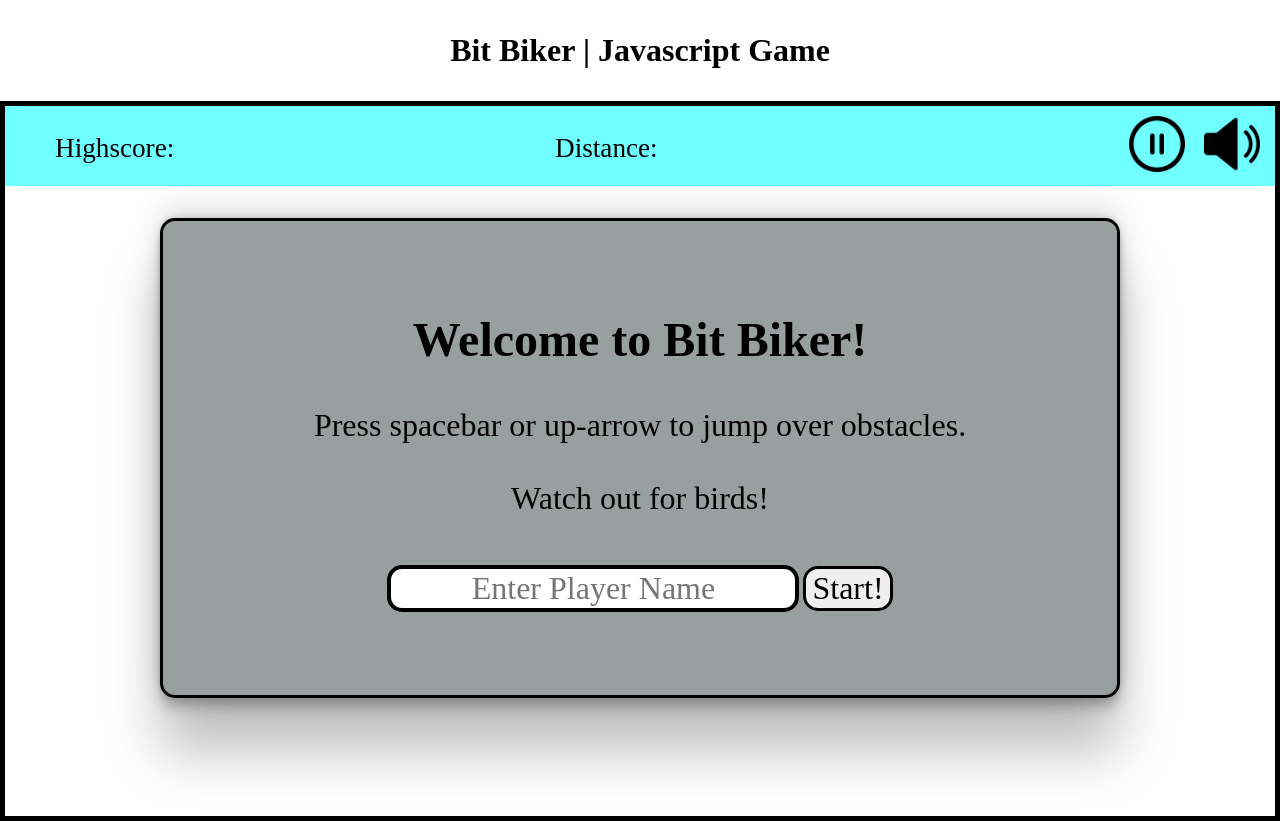
Repository: jellymel0n/bit-biker
Page: index.html
An editor plug-in stored every save of this project. The page is shown before and after the next save, followed by the edit.
The browser window is 1280 px wide. The pictures show the whole page.

Above is the page before, as saved 2021-07-05 14:24:00.

### index.html
<!DOCTYPE html>
<html lang="en">
<head>
    <meta charset="UTF-8">
    <meta http-equiv="X-UA-Compatible" content="IE=edge">
    <meta name="viewport" content="width=device-width, initial-scale=1.0">
    <!-- CSS reset/normalize -->
    <link rel="stylesheet" href="styles/normalize-fwd.css">
    <!-- Local CSS -->
    <link rel="stylesheet" href="styles/styles.css">
    <title>Bit Biker | Javascript Game</title>
</head>
<body>
    <h1>Bit Biker | Javascript Game</h1>

    <main id="game-board">
        <div id="song">
            <audio id='song-playback' currentTime=''>
                <source src="assets/music/run-song.mp3" type="audio/mp3" />
                Your browser does not support audio playback
            </audio>
        </div>
        <!-- Game board header -->
        <div id='game-header'>
            <p id='highscore-text'>Highscore: </p>
            <p id='distance-text'>Distance: </p>
            <div id='btn-pause'>
                <img src="assets/graphics/icons/pause.png" alt="pause button, circle around a pause icon">
            </div>
            <div id='btn-volume'>
                <img src="assets/graphics/icons/volume.png" alt="volume button, speaker icon">
            </div>
            <div id="btn-mute">
                <img src='assets/graphics/icons/mute.png' alt='mute button, speaker icon crossed out'>
            </div>
        </div>
        <!-- End of game board header -->

        <!-- Splash screen - intro -->
        <div id='splash-screen'>
            <h2 id='splash-header'>Welcome to Bit Biker!</h2>
            <p id='splash-text'>Press spacebar or up-arrow to jump over obstacles.<br><br>Watch out for birds!</p>

            <div id="splashInput">
                <input id='player-name' type='text' placeholder='Enter Player Name'>
                <button id='savePlayer'>Start!</button>
            </div>
        </div>
        <!-- End of splash screen -->

        <!-- Pause Screen -->
        <div id="pause-screen">
            <h2>Game Paused</h2>
            <p id='pause-text'>
                To get gameplay instructions click the "Help" button<br>
                To quit the game and go back to the splash screen click "Quit".<br>
                To go back to the game, click "X" in the top corner.</p>
            <div id="pause-close">
                <img src="assets/graphics/icons/remove.png" alt="Close icon, an X with a circle around it.">
            </div>
            <div id="pause-btns">
                <div id="help-btn">
                    <p id="help-btn-text">Help</p>
                </div>
                <div id="quit-btn">
                    <p id="quit-text">Quit</p>
                </div>
            </div>
        </div>
        <!-- End of Pause Screen -->

        <!-- Help Screen -->
        <div id="help-screen">
            <h2>Gameplay Instructions</h2>
            <p id='help-text'>
                Press the spacebar or up arrow to jump, hold to jump higher.<br>
                Avoid obstacles in the road as well as birds flying above.<br>
                Have fun!
            </p>
            <div id="help-btns">
                <div id="resume-btn">
                    <p>Resume</p>
                </div>
                <div id="help-quit-btn">
                    <p id="quit-text">Quit</p>
                </div>
            </div>
        </div>
        <!-- End of Help Screen -->

    </main>

<!-- jQuery CDN script-->
<script src="https://code.jquery.com/jquery-3.6.0.min.js" integrity="sha256-/xUj+3OJU5yExlq6GSYGSHk7tPXikynS7ogEvDej/m4=" crossorigin="anonymous"></script>
<!-- Local JS script -->
<script src='scripts/script.js'></script>
</body>
</html>

### styles/styles.css
h1 {
    text-align: center;
    margin: 2rem auto;
}

#game-board {
    width: 80rem;
    height: 45rem;
    border: 5px solid black;
    /* border-radius: 10%; */
    margin: 0 auto;
    position: relative;
}

/* Game board header */
div#game-header {
    display: flex;
    justify-content: space-around;
    width: 100%;
    height: 5rem;
    background-color: rgba(0, 255, 255, 0.565);

}

#highscore-text,
#distance-text {
    position: absolute;
}

#highscore-text {
    font-size: 1.7rem;
    left: 50px;
}

#distance-text {
    font-size: 1.7rem;
    left: 550px;
}

#btn-pause img {
    position: absolute;
    width: 3.5rem;
    right: 90px;
    top: 10px;
}

#btn-pause img:hover {
    transform: scale(1.1);
    cursor: pointer;
}

#btn-volume img,
#btn-mute img {
    position: absolute;
    width: 3.5rem;
    right: 15px;
    top: 10px;
}

#btn-volume img:hover,
#btn-mute img:hover  {
    transform: scale(1.1);
    cursor: pointer;
}

#btn-mute {
    display: none;
}

/* end of game board header */

/* Splash screen styles */
#splash-screen {
    width: 60rem;
    height: 30rem;
    margin: 2rem auto;
    border: 3px solid black;
    border-radius: 15px;
    align-content: center;
    background-color: rgb(152, 159, 159);
    box-shadow: rgba(0, 0, 0, 0.25) 0px 54px 55px, rgba(0, 0, 0, 0.12) 0px -12px 30px, rgba(0, 0, 0, 0.12) 0px 4px 6px, rgba(0, 0, 0, 0.17) 0px 12px 13px, rgba(0, 0, 0, 0.09) 0px -3px 5px;
}

#splash-screen h2 {
    text-align: center;
    font-size: 3rem;
}

#splash-text {
    text-align: center;
    font-size: 2rem;
    margin: 0 1rem;
}

#splashInput {
    text-align: center;
    margin-top: 3rem;
}

input[type=text] {
    border: 4px solid black;
    border-radius: 15px;
    font-size: 2rem;
    margin: 0 auto 2rem auto;
    text-align: center;
}

button#savePlayer {
    font-size: 2rem;
    color: black;
    border: 3px solid black;
    border-radius: 15px;
}

button#savePlayer:hover {
    transform: scale(1.1);
    cursor: pointer;
}
/* End of splash screen styles */

/* Pause and Help screen styles */

#pause-screen,
#help-screen {
    display: none;
    position: relative;
    width: 60rem;
    height: 30rem;
    margin: 2rem auto;
    border: 3px solid black;
    border-radius: 15px;
    align-content: center;
    background-color: rgb(152, 159, 159);
    box-shadow: rgba(0, 0, 0, 0.25) 0px 54px 55px, rgba(0, 0, 0, 0.12) 0px -12px 30px, rgba(0, 0, 0, 0.12) 0px 4px 6px, rgba(0, 0, 0, 0.17) 0px 12px 13px, rgba(0, 0, 0, 0.09) 0px -3px 5px;
}

#pause-screen h2,
#help-screen h2 {
    text-align: center;
    font-size: 3rem;
}

#pause-text,
#help-text {
    text-align: center;
    font-size: 2rem;
    margin: 0 1rem;
}

#pause-close img {
    position: absolute;
    width: 3.5rem;
    left: 15px;
    top: 15px;
}

#pause-close img:hover {
    transform: scale(1.1);
    cursor: pointer;
}

#pause-btns,
#help-btns{
    display: flex;
    justify-content:center;
    margin-top: 3.6rem;
}

#help-btn,
#quit-btn,
#resume-btn,
#help-quit-btn {
    border: solid 3px black;
    text-align: center;
    width: 17%;
    border-radius: 10px;
    /* height: 4rem; */
    font-size: 2rem;
    vertical-align: middle;
    font-weight: bold;
    margin: 0 3rem 0 3rem;
}

#help-btn:hover,
#quit-btn:hover,
#resume-btn:hover,
#help-quit-btn:hover {
    transform: scale(1.1);
    cursor: pointer;
    background-color: black;
    color: azure;
}

/* End of Pause and Help Screen Styles */

/* Game Objects */
.player {
    position: absolute;
    background-size: contain;
    transform-origin: bottom center;
}

.obstacle {
    position: absolute;
}

.bg-layer {
    position: absolute;
}

.bg-prop {
    position: absolute;
    background-size: contain;
}

### scripts/script.js
'use strict';

const game = {
    title: '.Run',
    isRunning: false,
    player: '',
    obstacles: [],
    keysPressed: [],
    bgLayers: [],
    bgObjects: [],
    loopDuration: [1000 / 50, 1000 / 60, 1000 / 70, 1000 / 80],
    lastKeyFrame: null,

    getPlayerName: () => {
        game.player = $('#player-name').val();
    },
    pauseAudio: () => {
        let song = $('#song-playback');
        song.trigger("pause");
    },
    resetAudio: () => {
        let song = $('#song-playback');
        song [0].currentTime = 0;
        song.trigger("pause");

    },
    playAudio: () => {
        let song = $('#song-playback');
        song.trigger("play");
    },

}


// Object classes

class Obstacle {
    constructor (
        position = [0, 0],
        dimensions = [50, 50],
        velocity = [0, 0],
        classes = 'obstacle',
        backgroundImage = ""
     ) {
        this.position = position;
        this.dimensions = dimensions;
        this.velocity = velocity;
        this.classes = classes;
        this.backgroundImage = backgroundImage;
    }
}

class BGLayer {
    constructor (
        position = [0, 0],
        dimensions = [100, 100],
        velocity = [0, 0],
        classes = 'bg-layer',
        backgroundImage = ""
    ) {
        this.dimensions = dimensions;
        this.position = position;
        this.velocity = velocity;
        this.classes = classes;
        this.backgroundImage = backgroundImage;
    }
}

class BGProp {
    constructor (
        position = [0, 0],
        dimensions = [100, 100],
        velocity = [0, 0],
        classes = 'bg-prop',
        backgroundImage = ""
    ) {
        this.dimensions = dimensions;
        this.position = position;
        this.velocity = velocity;
        this.classes = classes;
        this.backgroundImage = backgroundImage;
    }
}

class Player {
    constructor (
        position = [0, 0],
        dimensions = [100, 100],
        velocity = [0, 0],
        classes = 'player',
        backgroundImage = "",
        jumpMax = 100
    ) {
        this.dimensions = dimensions;
        this.position = position;
        this.velocity = velocity;
        this.classes = classes;
        this.backgroundImage = backgroundImage;
        this.currentJump = 0;
        this.jumpMax = jumpMax;
        this.isJumping = false;
    }
}

// End of object classes

// Object instantiation
const farBG = new BGLayer(
    [0, 0], //position
    [600, 600], //dimensions
    [-25, 0], //velocity
    undefined, // classes
    "assets/graphics/backgrounds/bg-mountains-sky.png"
)
// addBG layer

const mediumBG = new BGLayer(
    [0, 200],
    [600, 600],
    [-25, 0],
    undefined,
    "assets/graphics/backgrounds/bg-background-floor.png"
)
// add bg layer

const ground = new BGLayer(
    [0, 450],
    [600, 200],
    [-300, 0],
    "bg-layer bg-ground",
    "assets/graphics/backgrounds/bg-ground.png"
)
// add bg layer

const rock = new BGProp(
    [600, 350],
    [100, 100],
    [-80, 0],
    undefined,
    "assets/graphics/backgrounds/rock.png"
)
// add bgprop

const bird = new Obstacle(
    [400, 600],
    [100, 100],
    [-20, 0],
    undefined,
    "assets/graphics/obstacles/bird.png"
)
// add obstacle

const smallBlock = new Obstacle(
    [0, 450],
    [600, 200],
    [-300, 0],
    undefined,
    "assets/graphics/obstacles/spiked-square.png"
)
// add obstacle

const largeBlock = new Obstacle(
    [0, 450],
    [600, 200],
    [-300, 0],
    undefined,
    "assets/graphics/obstacles/spiked-rectangle.png"
)
// add obstacle

const player = new Player(
    [70, 430],
    [100, 100],
    [0, 0],
    undefined,
    "assets/graphics/player/biker.png"
)


// Event Handlers
$('#savePlayer').on('click', () => {
    game.getPlayerName();
    $('#splash-screen').toggle();
    game.isRunning = true;
    game.playAudio();
});

$('#btn-volume').on('click', () => {
    $('#btn-volume').toggle();
    $('#btn-mute').toggle();
    $('#song-playback').prop('muted', true);
})

$('#btn-mute').on('click', () => {
    $('#btn-volume').toggle();
    $('#btn-mute').toggle();
    $('#song-playback').prop('muted', false);
})

$('#btn-pause').on('click', () => {
    if (game.isRunning === true){
        game.pauseAudio();
        $('#pause-screen').toggle();
        game.isRunning = false;
    }
})

$('#pause-close').on('click', () => {
    $('#pause-screen').toggle();
    game.isRunning = true;
    game.playAudio();
})

$('#help-btn').on('click', () => {
    $('#pause-screen').toggle();
    $('#help-screen').toggle();
})

$('#quit-btn').on('click', () => {
    game.resetAudio();
    $('#pause-screen').toggle();
    $('#splash-screen').toggle();
})

$('#resume-btn').on('click', () => {
    $('#help-screen').toggle();
    game.isRunning = true;
    game.playAudio();
})

$('#help-quit-btn').on('click', () => {
    $('#help-screen').toggle();
    $('#splash-screen').toggle();
    game.resetAudio();
})

Loaded but not shown: styles/normalize-fwd.css (library)

After the next save:
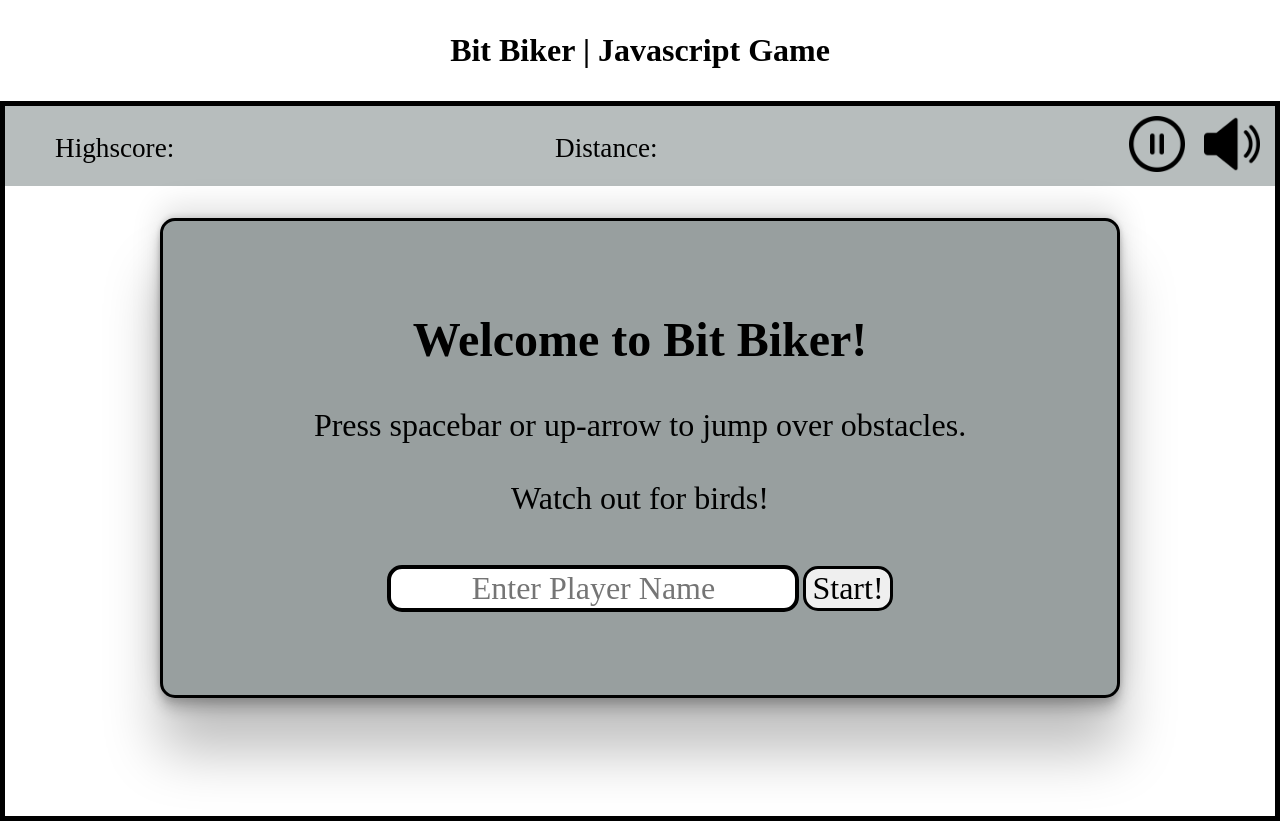
Saved 42 min 24 s later.
--- a/styles/styles.css
+++ b/styles/styles.css
@@ -18,7 +18,7 @@ div#game-header {
     justify-content: space-around;
     width: 100%;
     height: 5rem;
-    background-color: rgba(0, 255, 255, 0.565);
+    background-color: rgba(79, 93, 93, 0.407);
 
 }
 
